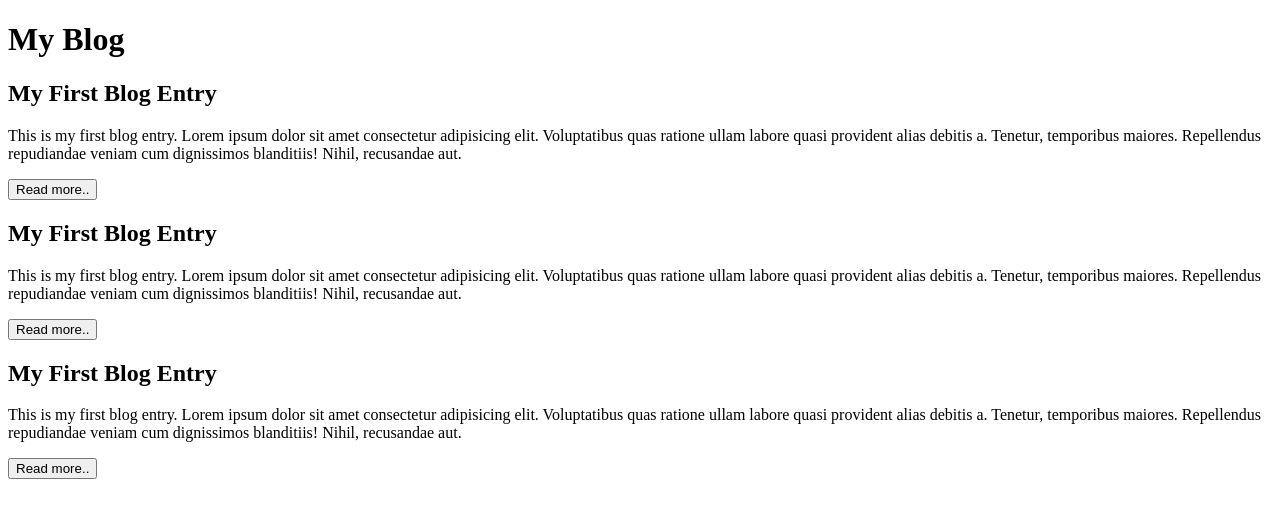
Repository: deniseada/class1
Page: /
The author's editor kept a copy of each file at every save. The page is drawn from the files as they stood at one save, then again after the next save.
The browser window is 1280 px wide. The pictures show the whole page.
The project was rebuilt for these pictures with package versions that can differ from the ones it lists, and the page was loaded fresh each time. Also part of the build but not shown: vite.config.js, src/index.css.

Above is the page before, as saved 2025-09-10 13:49:03.

### index.html
<!DOCTYPE html>
<html lang="en">
  <head>
    <meta charset="UTF-8" />
    <!-- <link rel="icon" type="image/svg+xml" href="/vite.svg" />
-->
    <link rel="icon" type="image/png" href="/favicon.ico" />
    <meta name="viewport" content="width=device-width, initial-scale=1.0" />
    <title>class1-React</title>
  </head>
  <body>
    <div id="root"></div>
    <script type="module" src="/src/main.jsx"></script>
  </body>
</html>

### src/App.jsx
function App() {
  return (
    <div>
      <h1>My Blog</h1>
      <BlogEntry
        title="My First Blog Entry"
        summary="This is the summary of my first blog entry."
      />
      <BlogEntry
        title="My Second Blog Entry"
        summary="This is the summary of my second blog entry."
      />
      <BlogEntry
        title="My Third Blog Entry"
        summary="This is the summary of my third blog entry."
      />
    </div>
  );
}

function BlogEntry(props) {
  return (
    <div>
      <h2>My First Blog Entry</h2>
      <p>
        This is my first blog entry. Lorem ipsum dolor sit amet consectetur
        adipisicing elit. Voluptatibus quas ratione ullam labore quasi provident
        alias debitis a. Tenetur, temporibus maiores. Repellendus repudiandae
        veniam cum dignissimos blanditiis! Nihil, recusandae aut.
      </p>
      <button>Read more..</button>
    </div>
  );
}

export default App;

Loaded but not shown: src/main.jsx (common file)

After the next save:
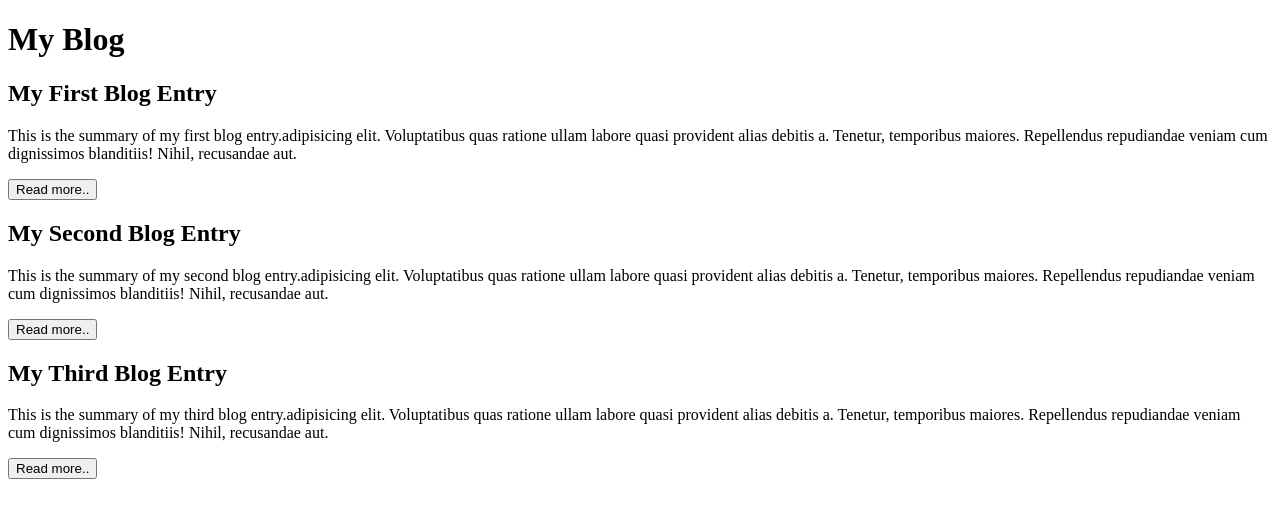
Saved 80 s later.
--- a/src/App.jsx
+++ b/src/App.jsx
@@ -21,9 +21,9 @@ function App() {
 function BlogEntry(props) {
   return (
     <div>
-      <h2>My First Blog Entry</h2>
+      <h2>{props.title}</h2>
       <p>
-        This is my first blog entry. Lorem ipsum dolor sit amet consectetur
+        {props.summary}
         adipisicing elit. Voluptatibus quas ratione ullam labore quasi provident
         alias debitis a. Tenetur, temporibus maiores. Repellendus repudiandae
         veniam cum dignissimos blanditiis! Nihil, recusandae aut.
